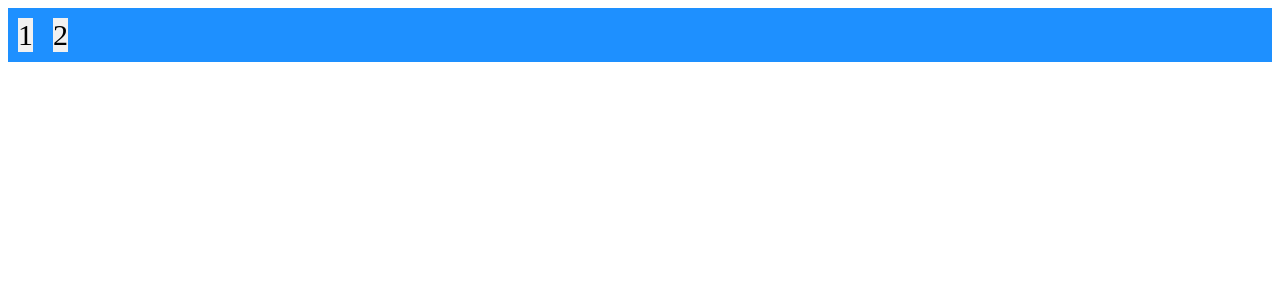
Repository: ahmetbugraozcan/css-ders-programi
Page: deneme.html
These files come from the project's save history. The page is drawn as it stood at one moment and after the next save; the edit follows.
The browser window is 1280 px wide. The pictures show the whole page.

Above is the page before, as saved 2021-07-10 09:09:59.

After the next save:
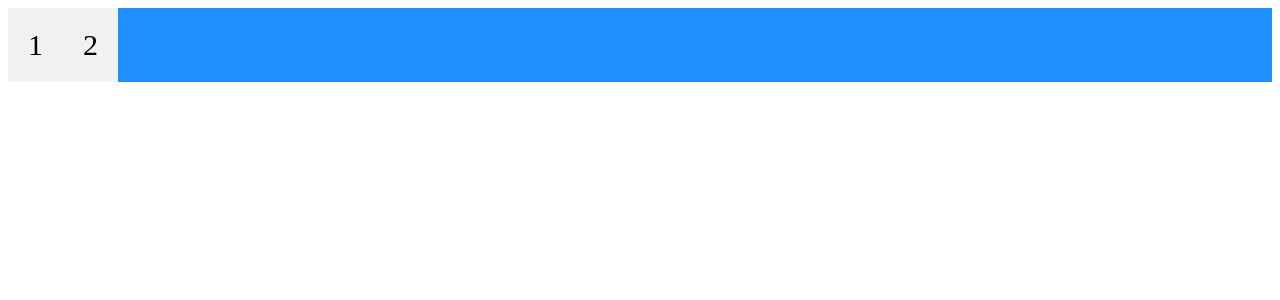
Saved 5 s later.
--- a/deneme.html
+++ b/deneme.html
@@ -14,8 +14,8 @@
 
         .flex-container>div {
             background-color: #f1f1f1;
-            margin: 10px;
 
+            padding: 20px;
             font-size: 30px;
         }
     </style>
